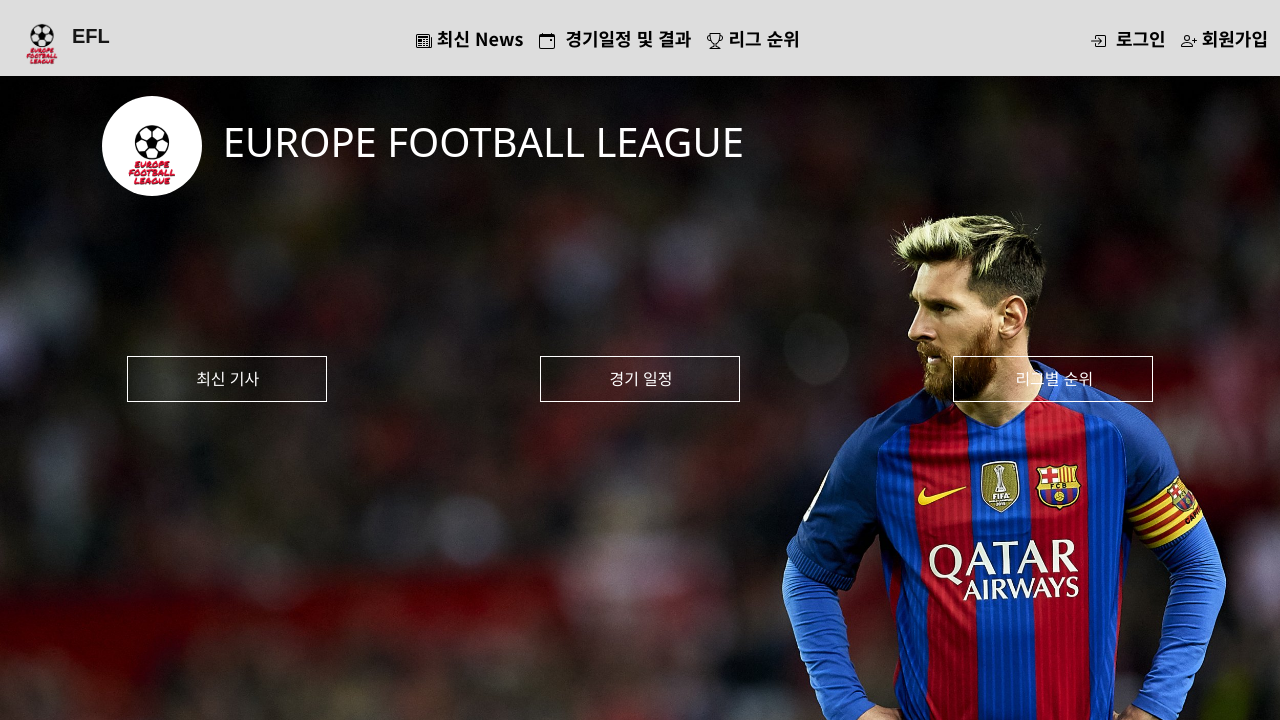
Repository: kylekimkim/uefa_project
Page: http://localhost/index
These files come from the project's save history. The page is drawn as it stood at one moment and after the next save; the edit follows.
The browser window is 1280 px wide. The pictures show the whole page.
Some web fonts or font styles are not loaded; a fallback is used. The page is this project's Thymeleaf template; nobody is signed in. The template is opened directly, without the code that normally fills it, so the values that code supplies are empty.

Above is the page before, as saved 2022-07-22 08:15:06.

After the next save:
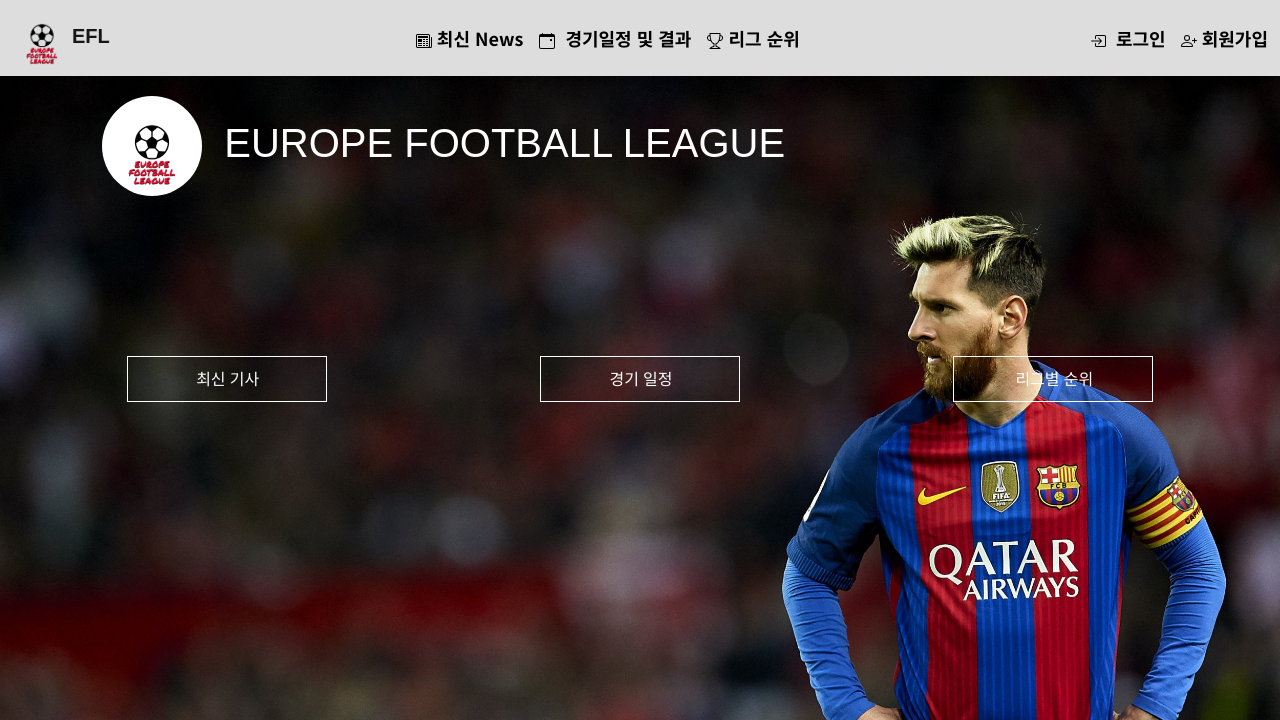
Saved 84 s later.
--- a/uefa_project/src/main/resources/templates/index.html
+++ b/uefa_project/src/main/resources/templates/index.html
@@ -43,7 +43,7 @@
 	<body>
 		<header th:insert="header_nav.html"></header>
 		<div class="container">
-			<h1 style="color:white; margin:20px;"><img class="logo" src="/img/logo.png" alt="league_image"> &nbsp;EUROPE FOOTBALL LEAGUE</h1>
+			<h1 style="color:white; margin:20px; font-family:'Mochiy Pop One', sans-serif;"><img class="logo" src="/img/logo.png" alt="league_image"> &nbsp;EUROPE FOOTBALL LEAGUE</h1>
 		</div>
 		<br><br><br><br><br>
 		<div class="menuList">
